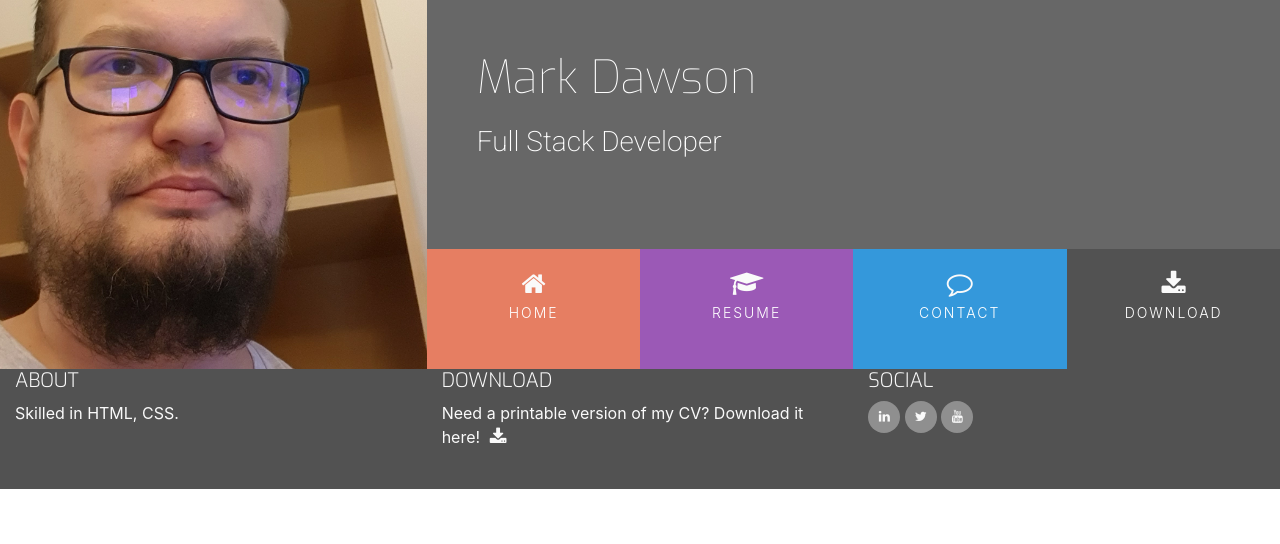
Repository: marcopolomt/resume
Page: contact.html
The author's editor kept a record of every edit. The page is drawn from the files as they stood at one moment, then again after the next edit.
The browser window is 1280 px wide. The pictures show the whole page.

Above is the page before.

After the next edit:
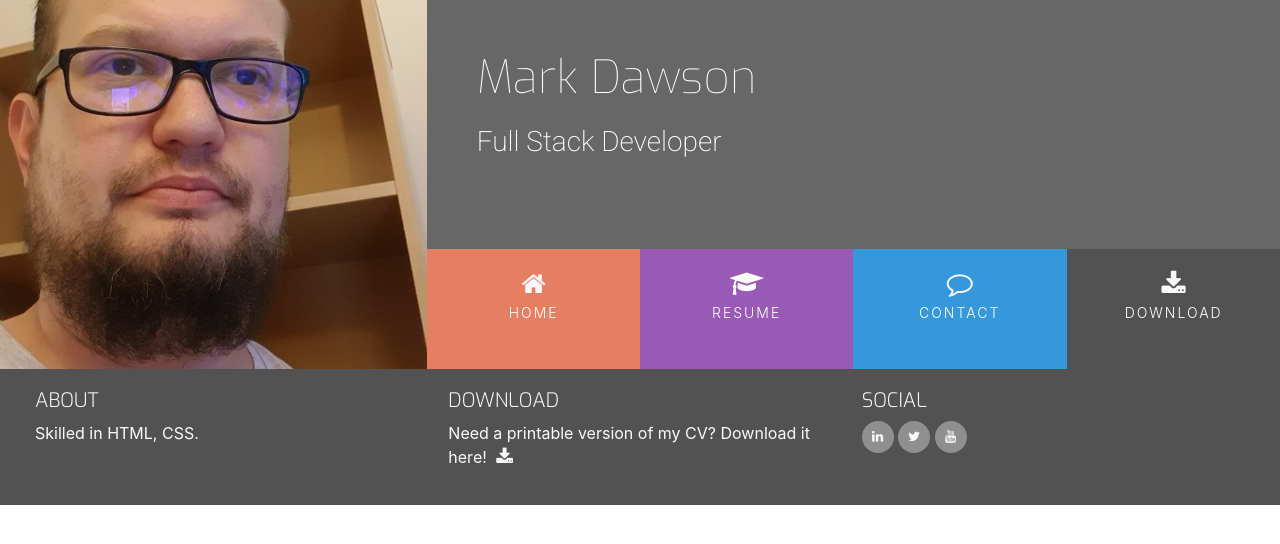
The edit:
--- a/contact.html
+++ b/contact.html
@@ -50,7 +50,7 @@
 
     </section>
     <footer class="container-fluid">
-        <div class="row">
+        <div id="footer-details" class="row">
             <div class="col-sm-4">
                 <h5 class="uppercase general-sub">About</h5>
                 <p class="inline-block">
